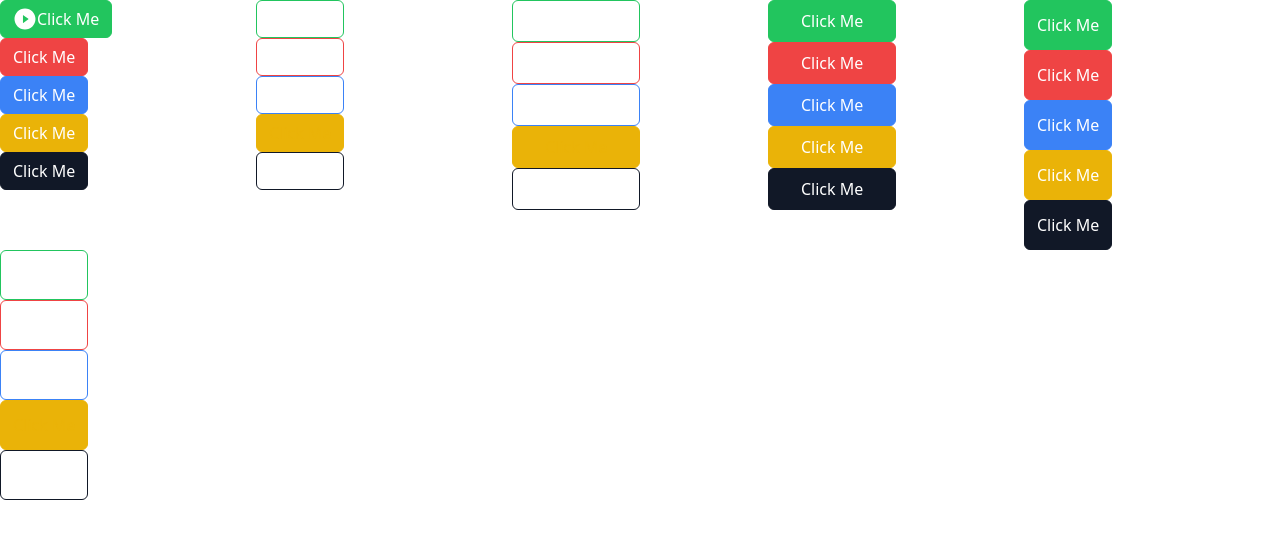
Repository: Marhamat92/reactroutefromstephen
Page: /
The author's editor kept a copy of each file at every save. The page is drawn from the files as they stood at one save, then again after the next save.
The browser window is 1280 px wide. The pictures show the whole page.
The project was rebuilt for these pictures with package versions that can differ from the ones it lists, and the page was loaded fresh each time. Also part of the build but not shown: src/App.css.

Above is the page before, as saved 2022-12-21 16:34:45.

After the next save:
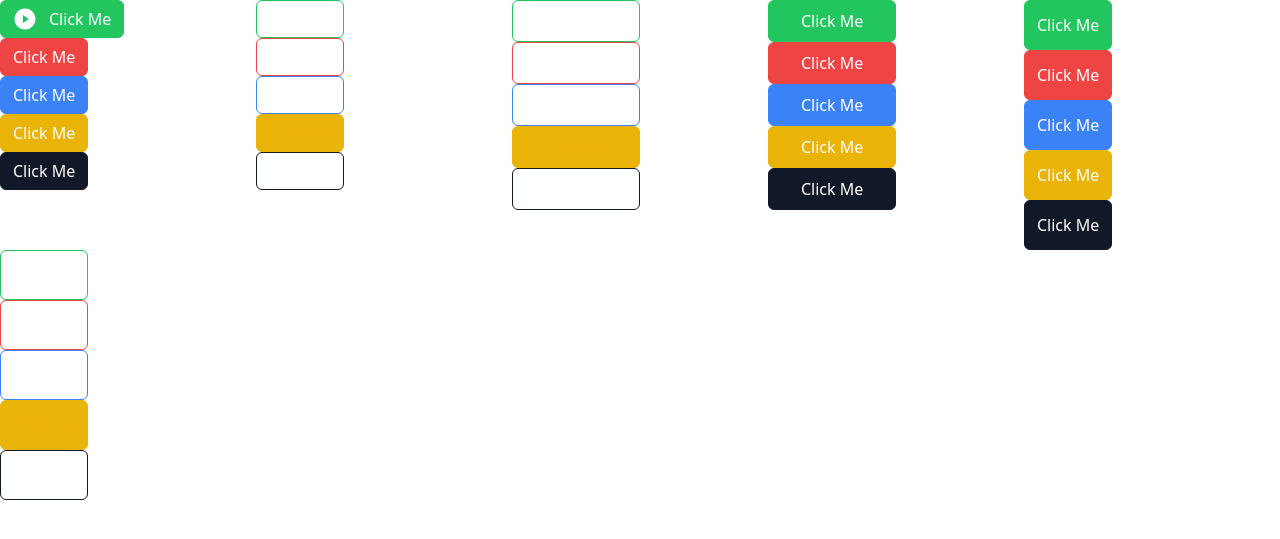
Saved 6 s later.
--- a/src/App.tsx
+++ b/src/App.tsx
@@ -13,7 +13,7 @@ function App() {
       <div className='grid grid-cols-5'>
         <div className='lg:col-span-1'>
           <Button onClick={buttonClick} rounded success>
-            <AiFillPlayCircle className='text-2xl ' />
+            <AiFillPlayCircle className='text-2xl mr-3' />
             Click Me
           </Button>
           <Button rounded danger>
